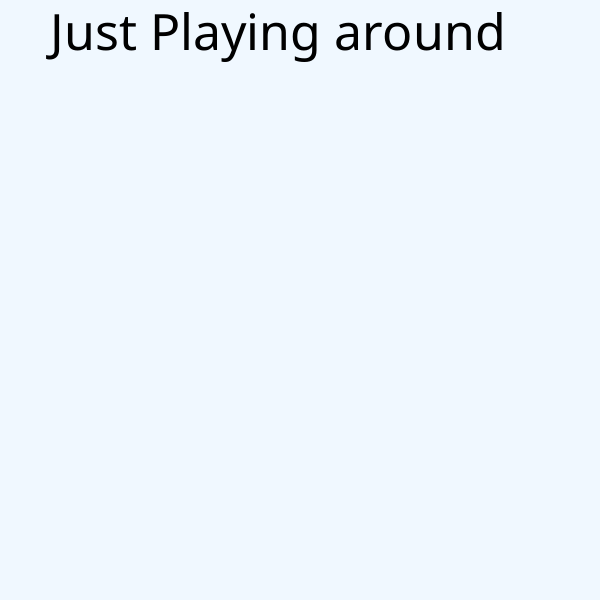
Repository: MaicDf/JavaFx_Playground
Program's window: java javaFxNotes/src/application/Main.java
The author's editor kept a copy of each file at every save. The program's window is drawn from the files as they stood at one save, then again after the next save.
It runs on Java 21 on a 1366 x 768 screen with JavaFX 11; the title bar is not drawn.

Above is the program's window before, as saved 2024-11-25 12:49:01.

### javaFxNotes/src/application/Main.java
package application;

import javafx.application.Application;
import javafx.stage.Stage;
import javafx.scene.Group;
import javafx.scene.Scene;
import javafx.scene.image.Image;
import javafx.scene.input.KeyCombination;
import javafx.scene.layout.BorderPane;
import javafx.scene.paint.Color;
import javafx.scene.text.Font;
import javafx.scene.text.Text;

public class Main extends Application {

	@Override
	public void start(Stage mainStage) throws Exception {
		Stage stage1 = new Stage();
		Group root = new Group();// grupo de nodos
		Scene scene1 = new Scene(root,600,600, Color.ALICEBLUE);

		Text text=new Text();
		text.setText("Just Playing around");
		text.setX(50);
		text.setY(50);
		text.setFont(Font.font("Verdana",50));

		root.getChildren().add(text);

		stage1.setScene(scene1);
		stage1.show();

		/*
		 * Image icon = new Image("Maybe a tatto.jfif"); stage1.getIcons().add(icon);
		 * stage1.setTitle("Playground w00tw005"); stage1.setScene(scene1);
		 * stage1.setWidth(400); stage1.setHeight(600); stage1.setX(0); stage1.setY(0);
		 * stage1.setFullScreen(true); stage1.setFullScreenExitHint("No Scape");
		 * stage1.setFullScreenExitKeyCombination(KeyCombination.valueOf("Q"));
		 */

	}

	public static void main(String[] args) {
		launch(args); // call start method
	}

}
/*
 * Apuntes. Stage: Top level container - Scene: next,smaller layer - nodes:
 * media content inside each scene.
 */

After the next save:
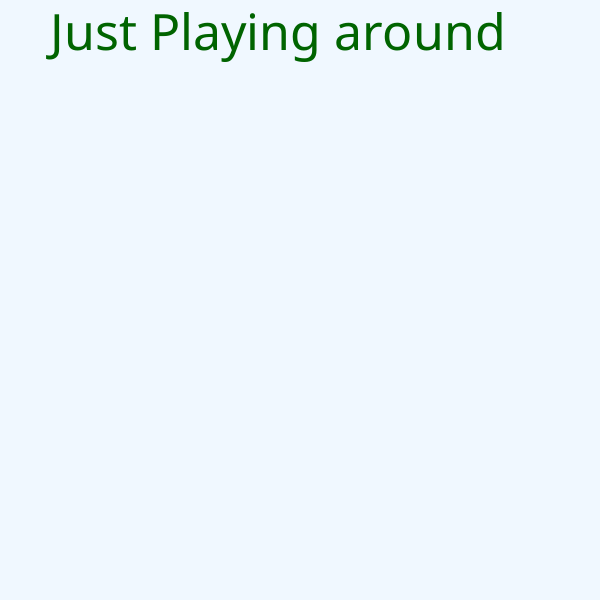
Saved 16 s later.
--- a/javaFxNotes/src/application/Main.java
+++ b/javaFxNotes/src/application/Main.java
@@ -24,6 +24,7 @@
 		text.setX(50);
 		text.setY(50);
 		text.setFont(Font.font("Verdana",50));
+		text.setFill(Color.DARKGREEN);
 
 		root.getChildren().add(text);
 
